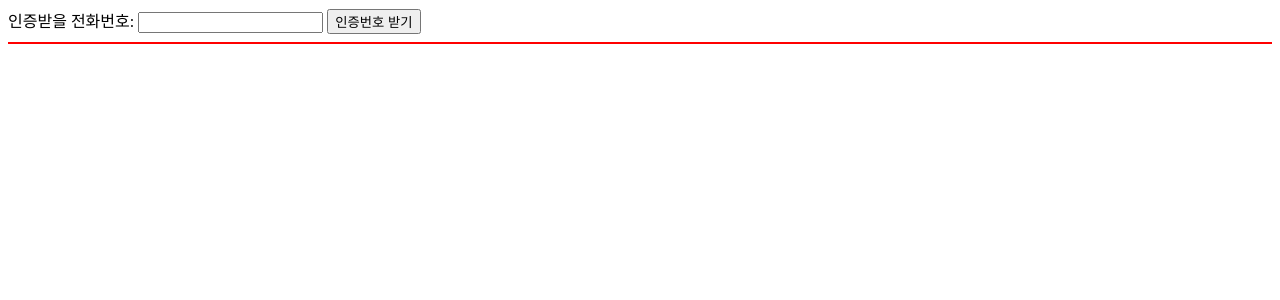
Repository: syshin0116/data2
Page: http://localhost/spring04/ajax1.jsp
An editor plug-in stored every save of this project. The page is shown before and after the next save, followed by the edit.
The browser window is 1280 px wide. The pictures show the whole page.
The page is served by Tomcat 9. Other server files are loaded and not shown.

Above is the page before, as saved 2022-02-17 08:39:43.
Console error: SyntaxError: missing ) after argument list

### spring04/src/main/webapp/ajax1.jsp
<%@ page language="java" contentType="text/html; charset=UTF-8"
    pageEncoding="UTF-8"%>
<!DOCTYPE html>
<html>
<head>
<meta charset="UTF-8">
<title>Insert title here</title>
<script type="text/javascript" src="resources/js/jquery-3.6.0.min.js"></script>
<script type="text/javascript">
	$(function() {
		$('#b1').click(function(){
			$.ajax({
				url: "ajax1",
				data: {
					phone: $('#tel').val()
				},
				success: function(x) {
					alert('성공');
					alert('인증번호는 ' + x);
					$('#result').html('인증번호는 '+x);
				},
				error: function() {
					alert('실패');
				} //error
			});//ajax
		});//#b1.click
		$('#b2').click(funcion(){
			$.ajax({
				url: "money.do",
				data:{
					money: $('#money').val()
					choice: $('#choice').val()
				},
				sucess: function(x){
					$('#result2').html($('#choice').val()+' 할인율:'+ x);
				}
			})
		});
	});//$function
</script>
</head>
<body>
인증받을 전화번호:
<input type="text" id="tel">
<button id="b1">인증번호 받기</button>
<hr color="red">
<div id="result"></div>
</body>
</html>

Loaded but not shown: spring04/src/main/webapp/resources/js/jquery-3.6.0.min.js (library)

After the next save:
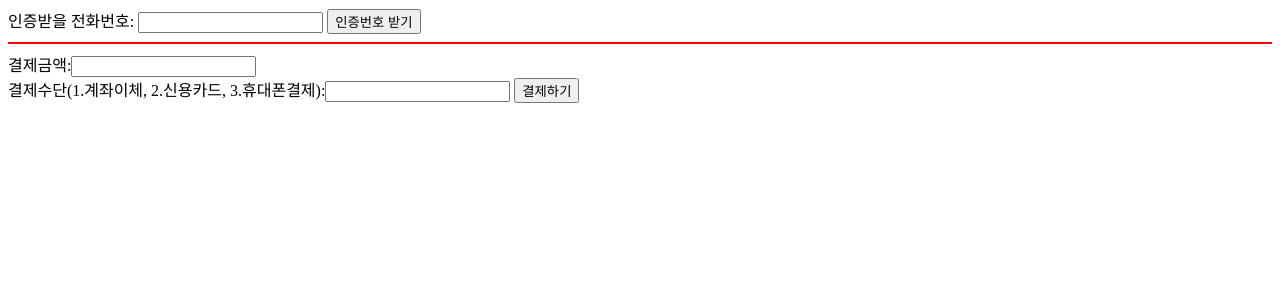
Saved 83 s later.
--- a/spring04/src/main/webapp/ajax1.jsp
+++ b/spring04/src/main/webapp/ajax1.jsp
@@ -45,5 +45,9 @@
 <button id="b1">인증번호 받기</button>
 <hr color="red">
 <div id="result"></div>
+결제금액:<input type="text" id="money"><br>
+결제수단(1.계좌이체, 2.신용카드, 3.휴대폰결제):<input type="text" id="choice">
+<button id="b2">결제하기</button>
+
 </body>
 </html>
